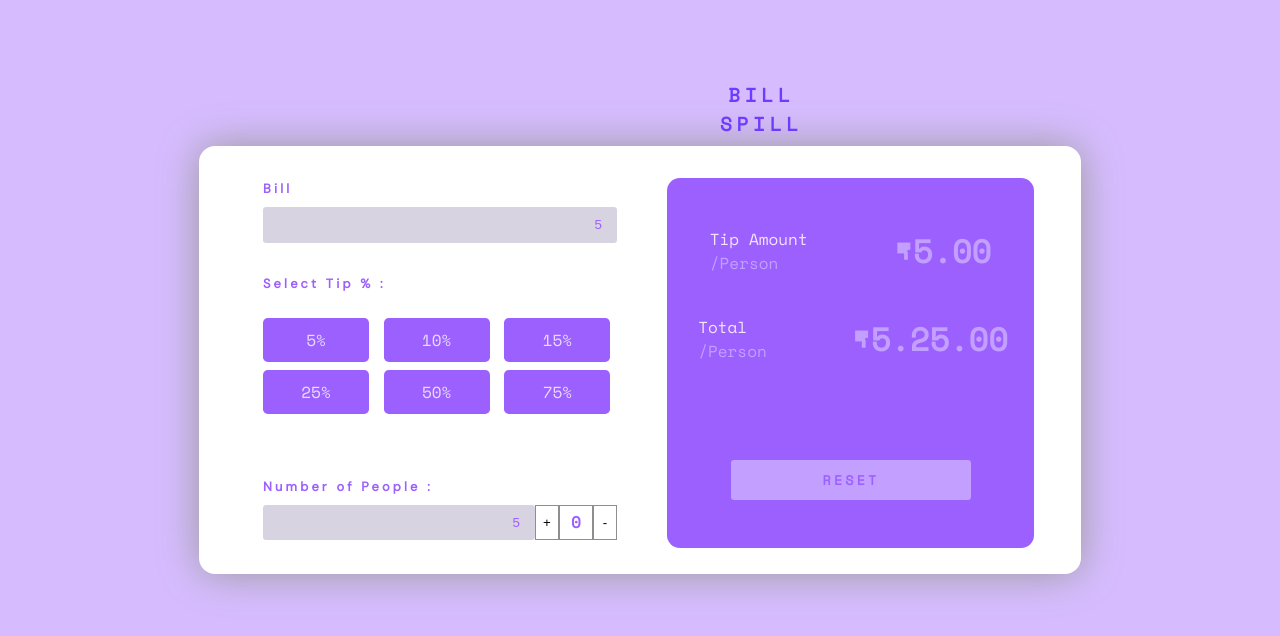
Repository: drumsmanku/micro-project-3
Page: index.html
These files come from the project's save history. The page is drawn as it stood at one moment and after the next save; the edit follows.
The browser window is 1280 px wide. The pictures show the whole page.
Empty fields were first filled with sample values (such as "Sample", 5 or name@example.com).
After loading, the first visible `#five` was clicked once.

Above is the page before, as saved 2023-04-17 23:42:14.

After the next save:
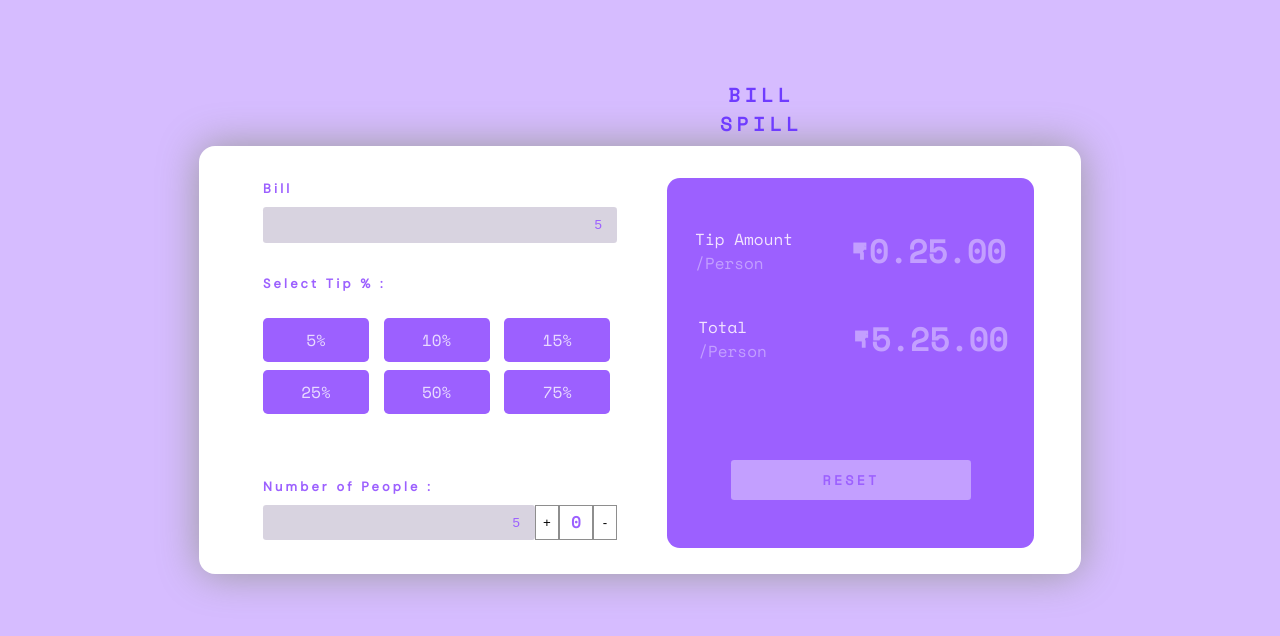
Saved 45 s later.
--- a/script.js
+++ b/script.js
@@ -28,11 +28,9 @@ function five(){
   tip=Number(total*0.05)
   final_total=Number(total)+ tip;
   get_value_of_people();
-
-  tip_per_person=document.getElementById("tip-per-person").innerHTML;
   if(val1===0){
     document.getElementById("total-per-person").innerHTML=`₹${final_total}.00`;
-    tip_per_person=`₹${tip}.00`;
+    document.getElementById("tip-per-person").innerHTML=`₹${tip}.00`;
 
   }
   else{
